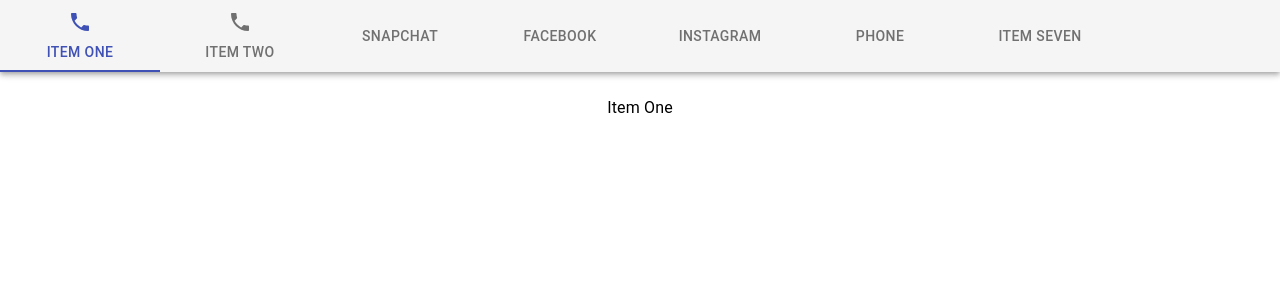
Repository: hossamsulleman1/CONTACTME
Page: / (app in my-app/)
The author's editor kept a copy of each file at every save. The page is drawn from the files as they stood at one save, then again after the next save.
The browser window is 1280 px wide. The pictures show the whole page.
The project was rebuilt for these pictures with package versions that can differ from the ones it lists, and the page was loaded fresh each time.

Above is the page before, as saved 2020-11-07 14:06:43.

After the next save:
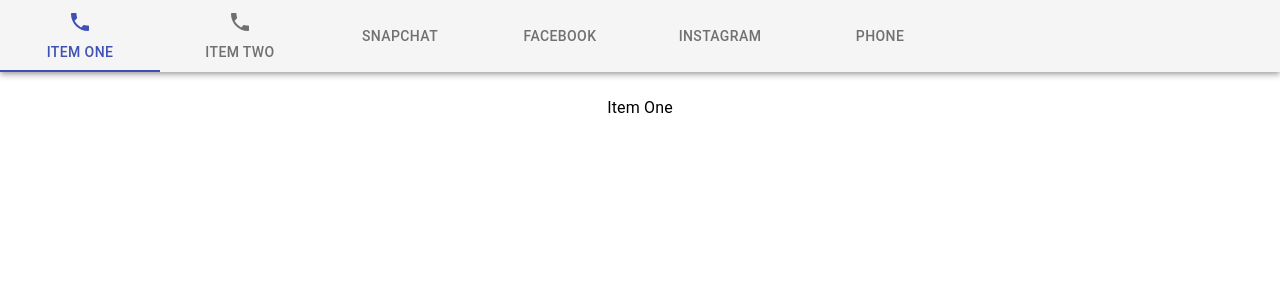
Saved 7 s later.
--- a/my-app/src/Components/IconNav.jsx
+++ b/my-app/src/Components/IconNav.jsx
@@ -75,7 +75,7 @@ export default function IconNav() {
           <Tab label="FACEBOOK" {...a11yProps(3)} />
           <Tab label="INSTAGRAM" {...a11yProps(4)} />
           <Tab label="PHONE" {...a11yProps(5)} />
-          <Tab label="Item Seven" {...a11yProps(6)} />
+          <Tab label="" {...a11yProps(6)} />
         </Tabs>
       </AppBar>
       <TabPanel value={value} index={0}>
